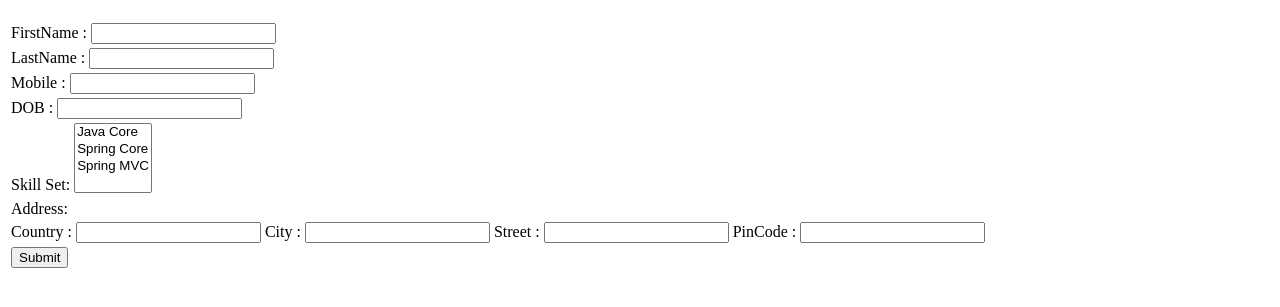
Repository: akashbadave7/SpringMVC
Page: http://localhost/SpringDemo/WEB-INF/jsp/form.jsp
These files come from the project's save history. The page is drawn as it stood at one moment and after the next save; the edit follows.
The browser window is 1280 px wide. The pictures show the whole page.
The page is served by Tomcat 9. Nobody is signed in. The template is opened directly, without the code that normally fills it, so the values that code supplies are empty.

Above is the page before, as saved 2017-11-04 09:28:18.

After the next save:
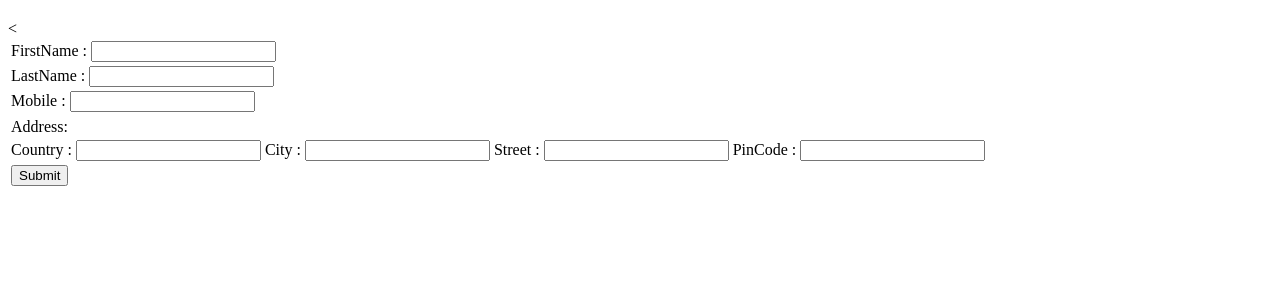
Saved 34 s later.
--- a/SpringDemo/src/main/webapp/WEB-INF/jsp/form.jsp
+++ b/SpringDemo/src/main/webapp/WEB-INF/jsp/form.jsp
@@ -20,7 +20,7 @@
 		<td>Mobile		: <input type="text" name="mobile"><br></td>
 	</tr>
 
-	<tr>
+	<<!-- tr>
 		<td>DOB			: <input type="text" name="dob"><br></td>
 	</tr>
 	<tr>
@@ -29,7 +29,7 @@
 					<option value="Spring Core">Spring Core</option>
 					<option value="Spring MVC">Spring MVC</option>
 					</select></td>
-	</tr>
+	</tr>	 -->
 	</table>
 	<table>
 		<tr><td>Address: </td></tr>
